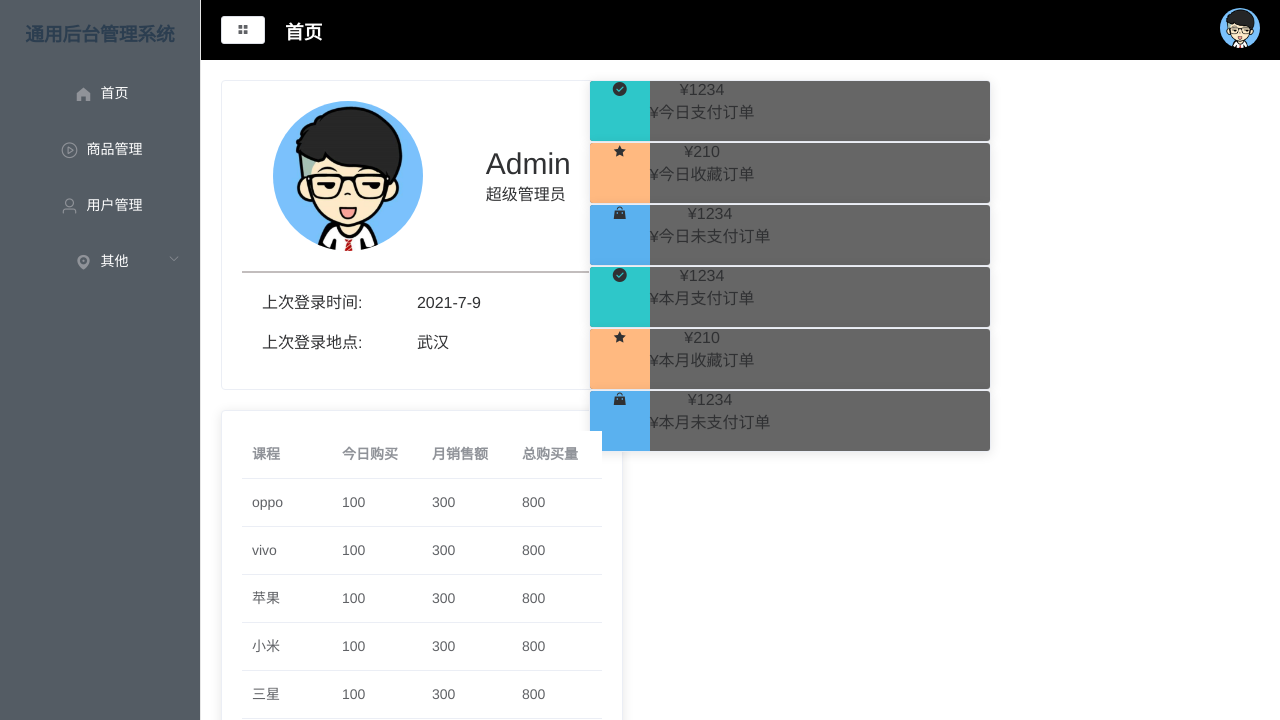
Repository: 385841539/VueStudy
Page: / (app in vue_cli/)
These files come from the project's save history. The page is drawn as it stood at one moment and after the next save; the edit follows.
The browser window is 1280 px wide. The pictures show the whole page.
An inner scrolling area shows only its first screen. The project was rebuilt for these pictures with package versions that can differ from the ones it lists, and the page was loaded fresh each time. Also part of the build but not shown: vue_cli/vue.config.js.

Above is the page before, as saved 2022-01-13 14:44:35.

### vue_cli/public/index.html
<!DOCTYPE html>
<html lang="">

<head>
  <meta charset="utf-8">
  <meta http-equiv="X-UA-Compatible" content="IE=edge">
  <meta name="viewport" content="width=device-width,initial-scale=1.0">
  <link rel="icon" href="<%= BASE_URL %>favicon.ico">
  <title>
    <%= htmlWebpackPlugin.options.title %>
  </title>
  <style>
    body {

      padding: 0px;
      margin: 0px;
      width: 100%;
      height: 100%;

    }
  </style>
</head>

<body>
  <noscript>
    <strong>We're sorry but <%= htmlWebpackPlugin.options.title %> doesn't work properly without JavaScript enabled.
        Please enable it to continue.</strong>
  </noscript>
  <div id="app"></div>
  <!-- built files will be auto injected -->
</body>

</html>

### vue_cli/src/main.js
import Vue from 'vue'
import App from './App.vue'
import './registerServiceWorker'
import router from './router'
import store from './store'

import ElementUI from 'element-ui';
import 'element-ui/lib/theme-chalk/index.css';

Vue.use(ElementUI);


Vue.config.productionTip = false



new Vue({
  router,
  store,
  render: h => h(App)
}).$mount('#app')

### vue_cli/src/App.vue
<template>
  <div id="app">
    <!-- <p>这是一个P段落</p>
    <el-button>按钮</el-button>
    <el-button type="info">信息</el-button>
    <el-radio v-model="radio" label="1">备选项1</el-radio>
    <el-radio v-model="radio" label="2">备选项1</el-radio>

    <div>
      <router-link to="/">去home组件</router-link>
      <router-link to="/about">去about组件</router-link>
    </div> -->

    <router-view></router-view>
  </div>
</template>
<script>


export default {
  data() {
    return {
      radio: "1",
    };
  },
};
</script>


<style lang="scss">
#app {
  font-family: Avenir, Helvetica, Arial, sans-serif;
  -webkit-font-smoothing: antialiased;
  -moz-osx-font-smoothing: grayscale;
  text-align: center;
  color: #2c3e50;
}

#nav {
  padding: 30px;

  a {
    font-weight: bold;
    color: #2c3e50;

    &.router-link-exact-active {
      color: #42b983;
    }
  }
}
</style>

### vue_cli/src/router/index.js
import Vue from 'vue'
import VueRouter from 'vue-router'
import Main from '../views/Main.vue'

Vue.use(VueRouter)

const routes = [
  {
    path: '/',
    name: 'main',
    component: Main,
    children: [

      {
        path: "/",
        name: "home",
        component: () => import('@/views/Home/Home')

      },
      {
        path: "/mall",
        name: "mall",
        component: () => import('@/views/Mall/Mall')

      },

    ]
  },
  {
    path: '/about',
    name: 'About',
    // route level code-splitting
    // this generates a separate chunk (about.[hash].js) for this route
    // which is lazy-loaded when the route is visited.
    component: () => import(/* webpackChunkName: "about" */ '../views/About.vue')
  }
]

const router = new VueRouter({
  mode: 'history',
  base: process.env.BASE_URL,
  routes
})

export default router

### vue_cli/src/store/index.js
import Vue from 'vue'
import Vuex from 'vuex'
import tab from "./tab"

Vue.use(Vuex)

export default new Vuex.Store({
  state: {
  },
  mutations: {
  },
  actions: {
  },
  modules: {
    tab
  }
})

### vue_cli/src/views/Main.vue
<template>
  <el-container style="height: 100vh">
    <el-aside width="auto">
      <CommonAside></CommonAside>
    </el-aside>
    <el-container>
      <el-header>
        <CommonHeader></CommonHeader>
      </el-header>
      <el-main>
        <router-view></router-view>
      </el-main>
    </el-container>
  </el-container>
</template>

<script>
// @ is an alias to /src
import CommonAside from "../components/CommonAside.vue";
import CommonHeader from "../components/CommonHeader.vue";

export default {
  name: "main",
  components: {
    CommonAside,
    CommonHeader,
  },
};
</script>
<style lang='scss' scoped>
.el-container {
  padding: 0px;
  max-width: 100%;
}
.el-aside {
  margin: 0px;
  padding: 0px;
}
.el-header {
  background-color: black;
  width: 100%;
  padding: 0%;
  margin: 0%;
}
.el-main {
  padding: 0px;
  height: 100%;
  width: 100%;
}
.router-view {
  padding: 0px;
  height: 100%;
  width: 100%;
}
</style>

### vue_cli/src/views/Home/Home.vue




<template>
  <div>
    <el-row :gutter="24">
      <el-col :span="8" style="margin-top: 20px">
        <el-card shadow="hover">
          <div class="user">
            <img :src="userImg" />
            <div class="userInfo">
              <p style="font-size: 30px">Admin</p>
              <p>超级管理员</p>
            </div>
          </div>

          <div class="loginInfo">
            <p>上次登录时间: <span>2021-7-9</span></p>
            <p>上次登录地点: <span>武汉</span></p>
          </div>
        </el-card>
        <el-card style="height: 470px; margin-top: 20px">
          <el-table :data="tableData">
            <el-table-column
              show-overflow-tooltip
              v-for="(value, key) in tableLabel"
              :key="key"
              :prop="key"
              :label="value"
            ></el-table-column>
          </el-table>
        </el-card>
      </el-col>
      <el-col :span="16" style="margin-top: 20px">
        <div class="num">
          <el-card
            shandow="hover"
            v-for="item in countData"
            :key="item.name"
            :body-style="{ display: 'flex', padding: 0 ,background: '#666' ,width: 100}"
          >
            <i
              class="icon"
              :class="`el-icon-${item.icon}`"
              :style="{ background: item.color }"
            ></i>
            <div>
              <p>¥{{ item.value }}</p>
              <p>¥{{ item.name }}</p>
            </div>
          </el-card>
        </div>
      </el-col>
    </el-row>
  </div>
</template>



<script>
export default {
  data() {
    return {
      userImg: require("../../assets/images/user.png"),
      tableData: [
        {
          name: "oppo",
          todayBuy: 100,
          monthBuy: 300,
          totalBuy: 800,
        },
        {
          name: "vivo",
          todayBuy: 100,
          monthBuy: 300,
          totalBuy: 800,
        },
        {
          name: "苹果",
          todayBuy: 100,
          monthBuy: 300,
          totalBuy: 800,
        },
        {
          name: "小米",
          todayBuy: 100,
          monthBuy: 300,
          totalBuy: 800,
        },
        {
          name: "三星",
          todayBuy: 100,
          monthBuy: 300,
          totalBuy: 800,
        },
        {
          name: "魅族",
          todayBuy: 100,
          monthBuy: 300,
          totalBuy: 800,
        },
      ],
      tableLabel: {
        name: "课程",
        todayBuy: "今日购买",
        monthBuy: "月销售额",
        totalBuy: "总购买量",
      },
      countData: [
        {
          name: "今日支付订单",
          value: 1234,
          icon: "success",
          color: "#2ec7c9",
        },
        {
          name: "今日收藏订单",
          value: 210,
          icon: "star-on",
          color: "#ffb980",
        },
        {
          name: "今日未支付订单",
          value: 1234,
          icon: "s-goods",
          color: "#5ab1ef",
        },
        {
          name: "本月支付订单",
          value: 1234,
          icon: "success",
          color: "#2ec7c9",
        },
        {
          name: "本月收藏订单",
          value: 210,
          icon: "star-on",
          color: "#ffb980",
        },
        {
          name: "本月未支付订单",
          value: 1234,
          icon: "s-goods",
          color: "#5ab1ef",
        },
      ],
    };
  },
};
</script>


<style  lang="scss" scoped>
// div {
//   background: blue;
//   height: 100%;
//   padding: 0px;
//   margin: 0px;
// }
.el-card {
  width: 400px;
  margin-left: 20px;
}

.user {
  display: flex;
  align-items: center;
  justify-content: space-around;
  border-bottom: 2px solid rgb(194, 189, 189);

  padding-bottom: 20px;
  .userInfo {
    text-align: start;

    p {
      margin: 0px;
    }
  }
  img {
    width: 150px;
    height: 150px;
    border-radius: 50%;
  }
}

.loginInfo {
  // background-color: yellowgreen;
  margin-top: 0px;
  text-align: start;
  padding-left: 20px;

  span {
    margin-left: 50px;
  }
}

.num {
  display: flex;
  padding: 0px;
  flex-wrap: wrap;
  .div{

      width: 300px;
      height: auto;
  }
  .icon {
    width: 60px;
    height: 60px;
  }
  p {
    padding: 0px;
    margin: 0px;
  }
}
</style>

### vue_cli/src/store/tab.js
export default {


    state: {

        isCollapse: false

    },


    mutations: {

        collaspseMenu(state) {
            state.isCollapse = !state.isCollapse

        }



    }


}

### vue_cli/src/components/CommonAside.vue
<template>
  <el-menu
    class="el-menu-vertical-demo"
    :collapse="isCollapse"
    background-color="#545c64"
    text-color="#fff"
    active-text-color="#ffd04b"
  >
    <h3>{{ getName }}</h3>

    <el-menu-item
      :index="item.path"
      v-for="item in noChildren"
      :key="item.name"
      @click="clickMenu(item)"
    >
      <i :class="'el-icon-' + item.icon"></i>
      <span slot="title">{{ item.label }}</span>
    </el-menu-item>

    <el-submenu
      :index="item.label"
      v-for="item in hazChildren"
      :key="item.label"
    >
      <div slot="title">
        <i :class="'el-icon-' + item.icon"></i>
        <span>{{ item.label }}</span>
      </div>

      <el-menu-item-group>
        <el-menu-item
          v-for="(subItem, subIndex) in item.children"
          :index="subItem.path"
          :key="subIndex"
        >
          <i :class="'el-icon-' + subItem.icon"></i>
          <span slot="title">{{ subItem.label }}</span>
        </el-menu-item>
      </el-menu-item-group>
    </el-submenu>
  </el-menu>
</template>

<style>
.el-menu-vertical-demo:not(.el-menu--collapse) {
  width: 200px;
  height: 100%;
  min-height: 400px;
}

</style>


<script>
export default {
  data() {
    return {
      menu: [
        {
          path: "/",
          name: "home",
          label: "首页",
          icon: "s-home",
          url: "Home/Home",
        },
        {
          path: "/mall",
          name: "mall",
          label: "商品管理",
          icon: "video-play",
          url: "MallManage/MallManage",
        },
        {
          path: "/user",
          name: "user",
          label: "用户管理",
          icon: "user",
          url: "UserMange/UserMange",
        },
        {
          label: "其他",
          icon: "location",
          children: [
            {
              path: "/page1",
              name: "page1",
              label: "页面1",
              icon: "setting",
              url: "Other/PageOne",
            },
            {
              path: "/page2",
              name: "page2",
              label: "页面2",
              icon: "setting",
              url: "Other/PageTwo",
            },
          ],
        },
      ],
    };
  },
  methods: {
    clickMenu(item) {
      console.log(item);
      this.$router.push({ name: item.name });
    },
  },
  computed: {
    isCollapse() {
      return this.$store.state.tab.isCollapse;
    },
    getName() {
      if (this.isCollapse) return "后台";

      return "通用后台管理系统";
    },
    noChildren() {
      return this.menu.filter((item) => {
        console.log(item);
        return !item.children;
      });
    },
    hazChildren() {
      return this.menu.filter((item) => item.children);
    },
  },
};
</script>

### vue_cli/src/components/CommonHeader.vue
<template>
  <header>
    <div class="l-content">
      <el-button
        plain
        icon="el-icon-menu"
        size="mini"
        v-on:click="handleMenu"
      ></el-button>
      <h3 class="home-title">首页</h3>
    </div>

    <div class="r-content">
      <el-dropdown szie="mini" trigger="click">
        <span>
          <img :src="userImg" class="user" />
        </span>

        <el-dropdown-menu slot="dropdown">
          <el-dropdown-item>个人中心</el-dropdown-item>
          <el-dropdown-item>个人中心1</el-dropdown-item>
        </el-dropdown-menu>
      </el-dropdown>
    </div>
  </header>
</template>



<script>
export default {
  data() {
    return {
      userImg: require("../assets/images/user.png"),
    };
  },

  methods: {
    handleMenu() {
      this.$store.commit("collaspseMenu");
    },
  },
};
</script>


<style  lang="scss" scoped>
header {
  display: flex;
  height: 100%;
  width: 100%;
  align-items: center;
  justify-content: space-between;
  padding: 0;
  margin: 0;
}

.home-title {
  color: white;
}

.l-content {
  display: flex;
  align-items: center;
  margin-left: 20px;
  .el-button {
    margin-right: 20px;
  }
}

.r-content {
  .user {
    width: 40px;
    height: 40px;
    border-radius: 50%;
    margin-right: 20px;
  }
}
</style>

Loaded but not shown: vue_cli/src/registerServiceWorker.js (common file)

After the next save:
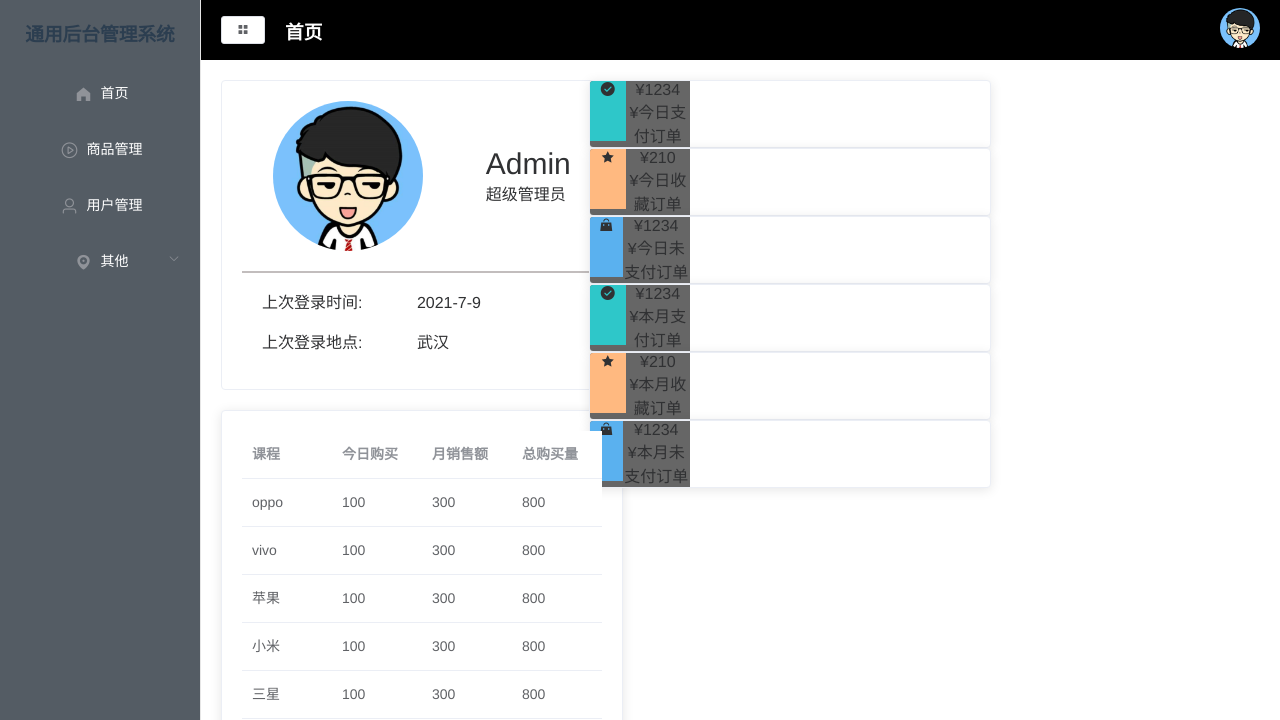
Saved 7 s later.
--- a/vue_cli/src/views/Home/Home.vue
+++ b/vue_cli/src/views/Home/Home.vue
@@ -38,7 +38,7 @@
             shandow="hover"
             v-for="item in countData"
             :key="item.name"
-            :body-style="{ display: 'flex', padding: 0 ,background: '#666' ,width: 100}"
+            :body-style="{ display: 'flex', padding: 0 ,background: '#666' ,width: '100px'}"
           >
             <i
               class="icon"
